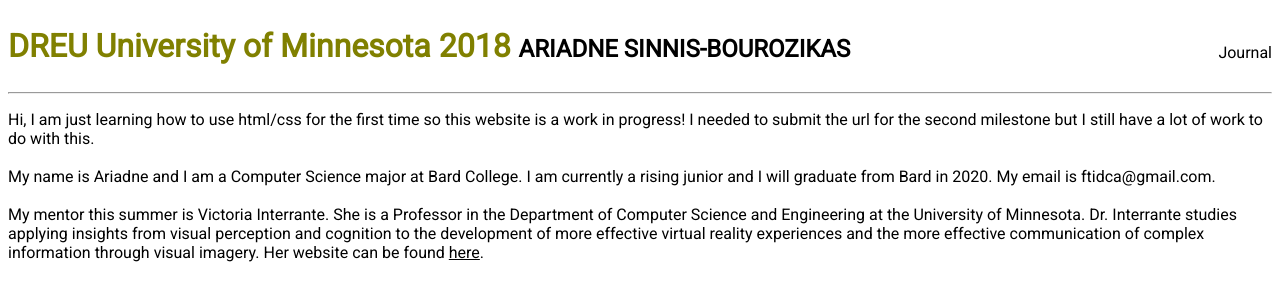
Repository: ariadnesb/dreu2018
Page: index.html
The author's editor kept a record of every edit. The page is drawn from the files as they stood at one moment, then again after the next edit.
The browser window is 1280 px wide. The pictures show the whole page.

Above is the page before.

### index.html
<!DOCTYPE html>
<html>
    <head>
        <title>It's me</title>
        <link rel="stylesheet" href="styles.css">
        <link href="https://fonts.googleapis.com/css?family=Roboto" rel="stylesheet">
    </head>

    <body>
        <div id="header">
            <br>
            <h1>DREU University of Minnesota 2018 </h1>
            <h2>ARIADNE SINNIS-BOUROZIKAS</h2>

            <ul class="nav-bar">
                <li><a href="./journal.html">Journal</a></li>
                <!-- <li><a href="/contact.html">Contact</a></li> -->
            </ul>
            <br><br><hr>
        </div>

        <div id= "paragraph">
             <p>
                Hi, I am just learning how to use html/css for the first time so this website is a
                work in progress! I needed to submit the url for the second milestone but I still
                have a lot of work to do with this. <br><br>

                My name is Ariadne and I am a Computer Science major at Bard College. I am currently
                a rising junior and I will graduate from Bard in 2020. My email is ftidca@gmail.com.
                <br><br>
                My mentor this summer is Victoria Interrante. She is a Professor in the Department
                of Computer Science and Engineering at the University of Minnesota. Dr. Interrante
                studies applying insights from visual perception and cognition to the development
                of more effective virtual reality experiences and the more effective communication
                of complex information through visual imagery. Her website can be found
                <span id="emb_link"><a href="http://www-users.cs.umn.edu/~interran/">here</a></span>.

            </p>
        </div>


        <!--- divs and spans can have 1 id but many classes

        <h2>Sub header</h2>
        <h6>smol</h6>

        <div id="custom-id">
            Div tag item
        </div>
        Non div tag item

        <br><br>
        <span class="custom-class">Hello</span> world
        -->


    </body>

</html>

### styles.css
html {
  /* everything that u put here will impact contents of <html>
  aka everything */
  font-family: 'Roboto', sans-serif;
  background-color: offwhite;

}

#custom-id {
    background-color: black;
    color: white;
}

.custom-class{
    color: blue;
    display: inline;

}

#name {
    color: #66D167;
}

#header h1 {
    display: inline;
    color: olive;
}

#header h2 {
    display: inline;
}

#header .nav-bar  {
    display: inline;
    float: right;
    list-style-type: none;
    /*margin: 0;*/
    padding: 0;

}

#header li {
    display: inline;
    padding: 0;
    background-color: none;
}

 a {
    text-decoration: none;
    display: inline;
    color: black;

}

 a:hover {
    background-color: olive;
    display: inline;
    color:white;
}

#emb_link {
    text-decoration: underline;
}

After the next edit:
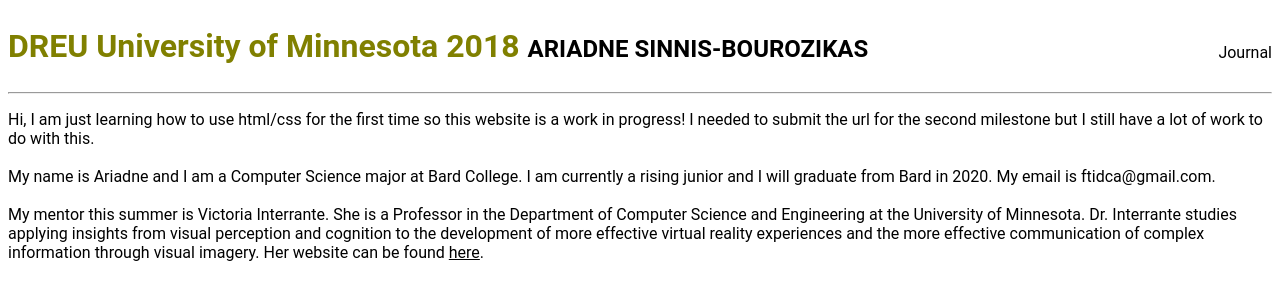
The edit:
--- a/index.html
+++ b/index.html
@@ -3,8 +3,7 @@
     <head>
         <title>It's me</title>
         <link rel="stylesheet" href="styles.css">
-        <link href="https://fonts.googleapis.com/css?family=Roboto" rel="stylesheet">
-    </head>
+        <link href="https://fonts.googleapis.com/css?family=Open+Sans" rel="stylesheet">    </head>
 
     <body>
         <div id="header">
